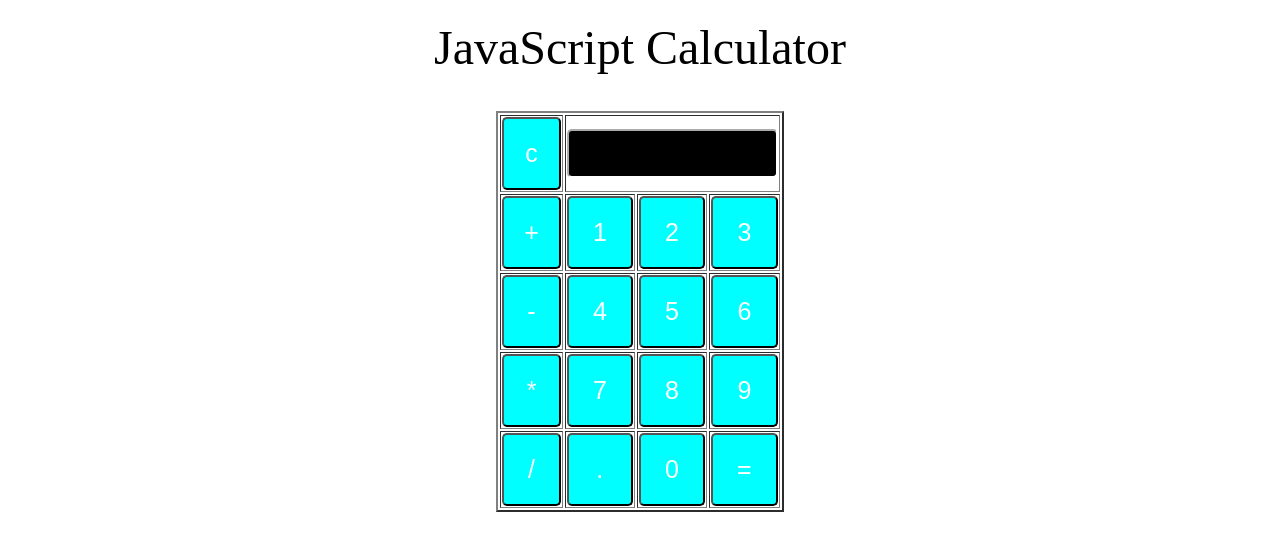
Repository: spidero7/Simple-Calculator
Page: index.html
An editor plug-in stored every save of this project. The page is shown before and after a run of saves, followed by the edit.
The browser window is 1280 px wide. The pictures show the whole page.

Above is the page before, as saved 2021-09-15 07:32:46.

After the next 3 saves:
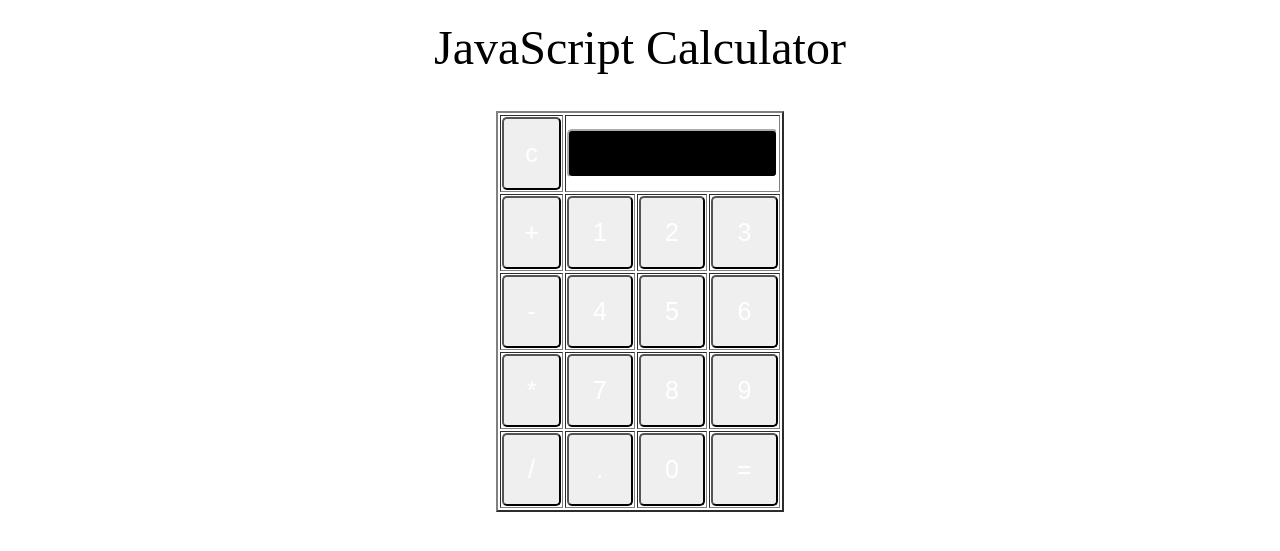
The 3 saves are shown as one change because they came seconds apart.
The last was saved 19 s later.
--- a/style.css
+++ b/style.css
@@ -24,7 +24,7 @@
 }
 
 input[type="button"] {
-    background-color: aqua;
+    background-color: none;
     color: white;
     border-radius: 5px;
     border-color: black;

After the save that followed:
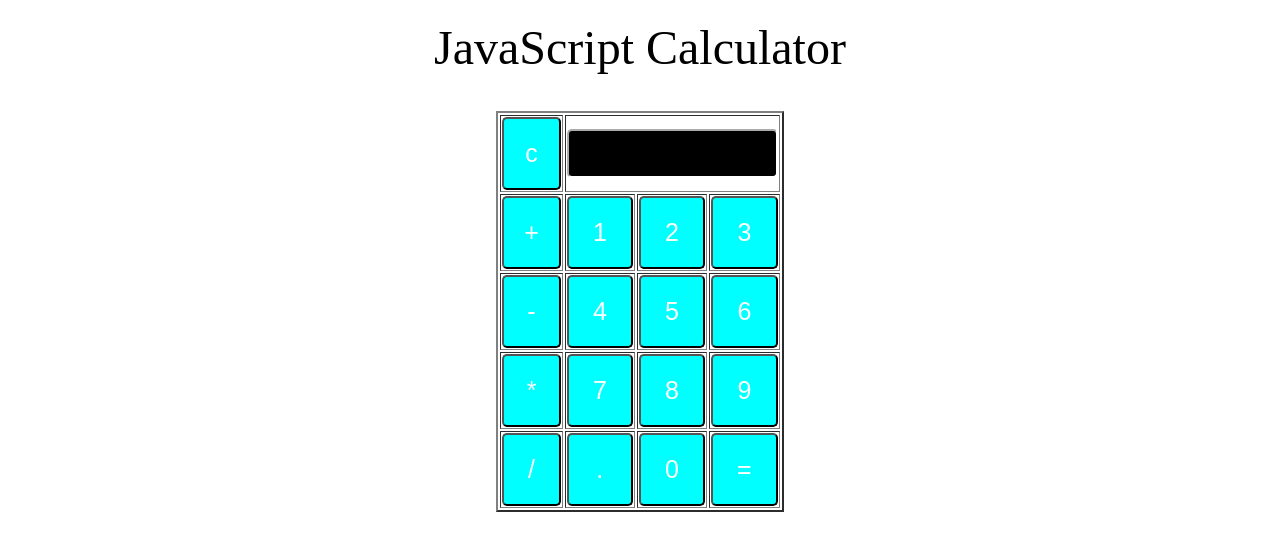
Saved 6 s later.
--- a/style.css
+++ b/style.css
@@ -24,7 +24,7 @@
 }
 
 input[type="button"] {
-    background-color: none;
+    background-color: aqua;
     color: white;
     border-radius: 5px;
     border-color: black;
